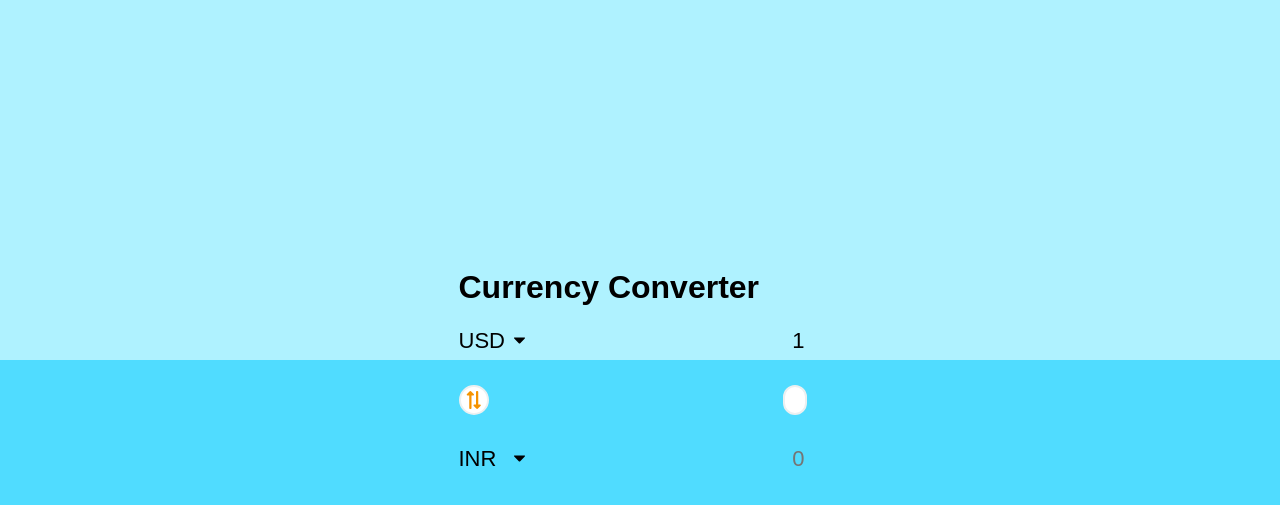
Repository: Sp4ngl3r/Currency-Converter
Page: currency.html
These files come from the project's save history. The page is drawn as it stood at one moment and after the next save; the edit follows.
The browser window is 1280 px wide. The pictures show the whole page.
Some web fonts or font styles are not loaded; a fallback is used. Some web libraries are served in a nearby version.

Above is the page before, as saved 2020-04-18 18:16:58.
Console error: TypeError: Cannot read properties of null (reading 'addEventListener')

### currency.html
<html lang="en">
  <head>
    <meta charset="UTF-8" />
    <title>USD to INR</title>
    <link
      rel="stylesheet"
      href="https://cdnjs.cloudflare.com/ajax/libs/font-awesome/5.10.2/css/all.min.css"
    />
    <link rel="stylesheet" href="currency.css" />
  </head>

  <body>
    <div class="container">
      <h1 align:"center">Currency Converter</h1>
      <div class="currency">
        <select id="from_currency">
          <option value="AED">AED</option>
          <option value="ARS">ARS</option>
          <option value="AUD">AUD</option>
          <option value="BGN">BGN</option>
          <option value="BRL">BRL</option>
          <option value="BSD">BSD</option>
          <option value="CAD">CAD</option>
          <option value="CHF">CHF</option>
          <option value="CLP">CLP</option>
          <option value="CNY">CNY</option>
          <option value="COP">COP</option>
          <option value="CZK">CZK</option>
          <option value="DKK">DKK</option>
          <option value="DOP">DOP</option>
          <option value="EGP">EGP</option>
          <option value="EUR">EUR</option>
          <option value="FJD">FJD</option>
          <option value="GBP">GBP</option>
          <option value="GTQ">GTQ</option>
          <option value="HKD">HKD</option>
          <option value="HRK">HRK</option>
          <option value="HUF">HUF</option>
          <option value="IDR">IDR</option>
          <option value="ILS">ILS</option>
          <option value="INR">INR</option>
          <option value="ISK">ISK</option>
          <option value="JPY">JPY</option>
          <option value="KRW">KRW</option>
          <option value="KZT">KZT</option>
          <option value="MXN">MXN</option>
          <option value="MYR">MYR</option>
          <option value="NOK">NOK</option>
          <option value="NZD">NZD</option>
          <option value="PAB">PAB</option>
          <option value="PEN">PEN</option>
          <option value="PHP">PHP</option>
          <option value="PKR">PKR</option>
          <option value="PLN">PLN</option>
          <option value="PYG">PYG</option>
          <option value="RON">RON</option>
          <option value="RUB">RUB</option>
          <option value="SAR">SAR</option>
          <option value="SEK">SEK</option>
          <option value="SGD">SGD</option>
          <option value="THB">THB</option>
          <option value="TRY">TRY</option>
          <option value="TWD">TWD</option>
          <option value="UAH">UAH</option>
          <option value="USD" selected>USD</option>
          <option value="UYU">UYU</option>
          <option value="VND">VND</option>
          <option value="ZAR">ZAR</option>
        </select>
        <input type="number" id="from_ammount" placeholder="0" value="1" />
      </div>
      <div class="middle">
        <button id="exchange">
          <i class="fas fa-exchange-alt"></i>
        </button>
        <div class="rate" id="rate"></div>
      </div>
      <div class="currency">
        <select id="to_currency"
          ><option value="AED">AED</option>
          <option value="ARS">ARS</option>
          <option value="AUD">AUD</option>
          <option value="BGN">BGN</option>
          <option value="BRL">BRL</option>
          <option value="BSD">BSD</option>
          <option value="CAD">CAD</option>
          <option value="CHF">CHF</option>
          <option value="CLP">CLP</option>
          <option value="CNY">CNY</option>
          <option value="COP">COP</option>
          <option value="CZK">CZK</option>
          <option value="DKK">DKK</option>
          <option value="DOP">DOP</option>
          <option value="EGP">EGP</option>
          <option value="EUR">EUR</option>
          <option value="FJD">FJD</option>
          <option value="GBP">GBP</option>
          <option value="GTQ">GTQ</option>
          <option value="HKD">HKD</option>
          <option value="HRK">HRK</option>
          <option value="HUF">HUF</option>
          <option value="IDR">IDR</option>
          <option value="ILS">ILS</option>
          <option value="INR" selected>INR</option>
          <option value="ISK">ISK</option>
          <option value="JPY">JPY</option>
          <option value="KRW">KRW</option>
          <option value="KZT">KZT</option>
          <option value="MXN">MXN</option>
          <option value="MYR">MYR</option>
          <option value="NOK">NOK</option>
          <option value="NZD">NZD</option>
          <option value="PAB">PAB</option>
          <option value="PEN">PEN</option>
          <option value="PHP">PHP</option>
          <option value="PKR">PKR</option>
          <option value="PLN">PLN</option>
          <option value="PYG">PYG</option>
          <option value="RON">RON</option>
          <option value="RUB">RUB</option>
          <option value="SAR">SAR</option>
          <option value="SEK">SEK</option>
          <option value="SGD">SGD</option>
          <option value="THB">THB</option>
          <option value="TRY">TRY</option>
          <option value="TWD">TWD</option>
          <option value="UAH">UAH</option>
          <option value="USD">USD</option>
          <option value="UYU">UYU</option>
          <option value="VND">VND</option>
          <option value="ZAR">ZAR</option>
        </select>
        <input type="number" id="to_amount" placeholder="0" />
      </div>
    </div>
    <script src="currency.js"></script>
  </body>
</html>

### currency.css
@import url("https://fonts.googleapis.com/css?family=Muli&display=swap");
* {
  box-sizing: border-box;
}
body {
  background: linear-gradient(
    to bottom,
    #aff2ff 0%,
    #aff2ff 50%,
    #50dcff 50%,
    #50dcff 100%
  );
  font-family: "Muli", sans-serif;
  display: flex;
  flex-direction: column;
  justify-content: center;
  align-items: center;
  height: 100vh;
  margin: 0;
}
.currency {
  display: flex;
  align-items: center;
  justify-content: space-between;
}
.currency select {
  background: transparent;
  background-image: url("data:[embedded picture, 475 characters]");
  background-repeat: no-repeat, repeat;
  background-position: right 0.2em top 50%, 0 0;
  background-size: 0.5em auto, 100%;
  border: 0;
  padding-right: 20px;
  font-size: 22px;
  -moz-appearance: none;
  -webkit-appearance: none;
  appearance: none;
}
.currency input {
  border: 0;
  background: transparent;
  font-size: 22px;
  text-align: right;
}
.middle {
  color: #f59300;
  display: flex;
  align-items: center;
  justify-content: space-between;
}
.middle button {
  background-color: #fff;
  border: 2px solid #ecf0f1;
  border-radius: 50%;
  cursor: pointer;
  color: #f59300;
  font-size: 18px;
  display: flex;
  align-items: center;
  justify-content: center;
  height: 30px;
  width: 30px;
  transform: rotate(90deg);
}
.middle button:active {
  transform: rotate(90deg) scale(0.9);
}
.middle .rate {
  background-color: #fff;
  border: 2px solid #ecf0f1;
  border-radius: 50px;
  font-size: 18px;
  display: flex;
  align-items: center;
  justify-content: center;
  height: 30px;
  padding: 0 10px;
  margin: 30px 15px 30px 25px;
}
select:focus,
input:focus,
button:focus {
  outline: 0;
}

### currency.js
const from_currencyEl = document.getElementById("from_currency");
const from_ammountEl = document.getElementById("from_ammount");
const to_currencyEl = document.getElementById("to_currency");
const to_ammountEl = document.getElementById("to_ammount");
const rateEl = document.getElementById("rate");
const exchange = document.getElementById("exchange");

from_currencyEl.addEventListener("change", calculate);
from_ammountEl.addEventListener("input", calculate);
to_currencyEl.addEventListener("change", calculate);
to_ammountEl.addEventListener("input", calculate);

exchange.addEventListener("click", () => {
  const temp = from_currencyEl.value;
  from_currencyEl.value = to_currencyEl.value;
  to_currencyEl.value = temp;
  calculate();
});

function calculate() {
  const from_currency = from_currencyEl.value;
  const to_currency = to_currencyEl.value;

  fetch(`https://api.exchangerate-api.com/v4/latest/${from_currency}`)
    .then((res) => res.json())
    .then((res) => {
      const rate = res.rates[to_currency];
      rateEl.innerText = `1 ${from_currency} = ${rate} ${to_currency}`;
      to_ammountEl.value = (from_ammountEl.value * rate).toFixed(2);
    });
}

calculate();

After the next save:
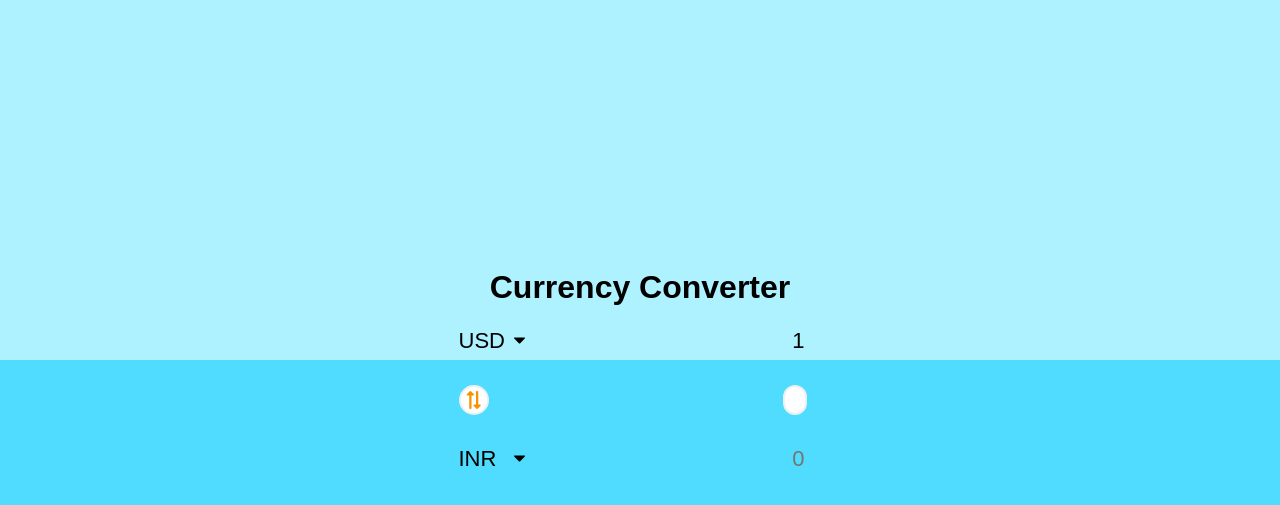
Saved 9 s later.
--- a/currency.html
+++ b/currency.html
@@ -11,7 +11,7 @@
 
   <body>
     <div class="container">
-      <h1 align:"center">Currency Converter</h1>
+      <h1 align="center">Currency Converter</h1>
       <div class="currency">
         <select id="from_currency">
           <option value="AED">AED</option>
